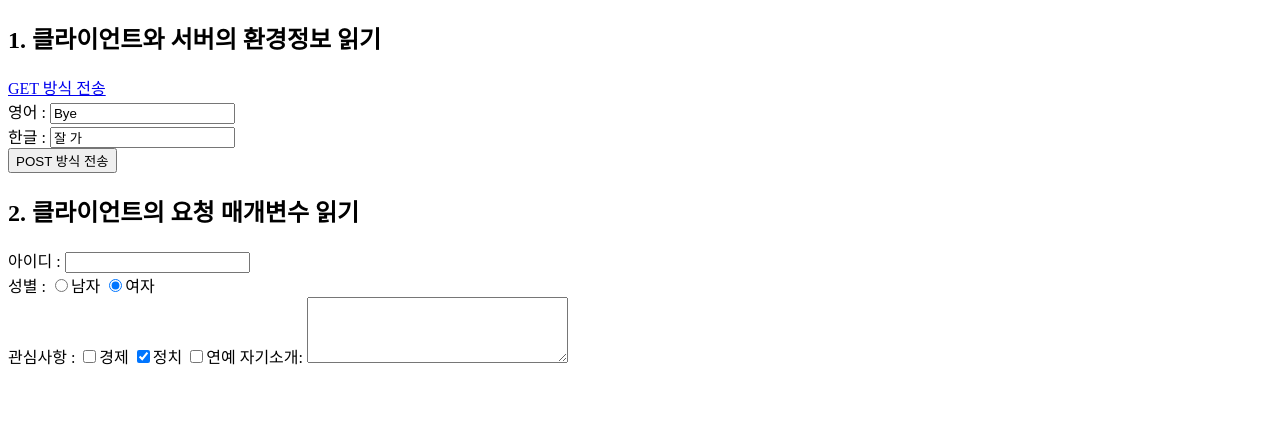
Repository: devgolol/JSP-_Servlet
Page: http://localhost/MustHaveJSP/02ImplicitObject/RequestMain.jsp
An editor plug-in stored every save of this project. The page is shown before and after the next save, followed by the edit.
The browser window is 1280 px wide. The pictures show the whole page.
The page is served by Tomcat 10. Other server files are loaded and not shown.

Above is the page before, as saved 2025-05-02 05:48:19.

### MustHaveJSP/src/main/webapp/02ImplicitObject/RequestMain.jsp
<%@ page language="java" contentType="text/html; charset=UTF-8"
    pageEncoding="UTF-8"%>
<!DOCTYPE html>
<html>
<head>
<meta charset="UTF-8">
<title>내장 객체 - request</title>
</head>
<body>
	<h2>1. 클라이언트와 서버의 환경정보 읽기</h2>
	<a href = "./RequestWebInfo.jsp?eng=Hello&han=안녕">
	GET 방식 전송
	</a>
	<br/>
	<form action="RequestWebInfo.jsp" method="post">
		영어 : <input type="text" name= "eng" value="Bye"/><br/>
		한글 : <input type="text" name= "han" value="잘 가"/><br/>
		<input type="submit" value="POST 방식 전송"/>
	</form>


	<h2>2. 클라이언트의 요청 매개변수 읽기</h2>


	<form action="RequestParameter.jsp" method="post">
	아이디 : <input type="text" name="id" value=""/><br/>
	성별 : <input type="radio" name="sex" value="man"/>남자
	<input type="radio" name="sex" value="woman" checked="checked"/>여자
	<br/>
	관심사항 :
	<input type="checkbox" name=favo value="eco"/>경제
	<input type="checkbox" name=favo value="pol" checked="checked"/>정치
	<input type="checkbox" name=favo value="ent"/>연예
	자기소개:
	<textarea rows="4" cols="30" name="intro"></textarea>



	</form>

</body>
</html>

After the next save:
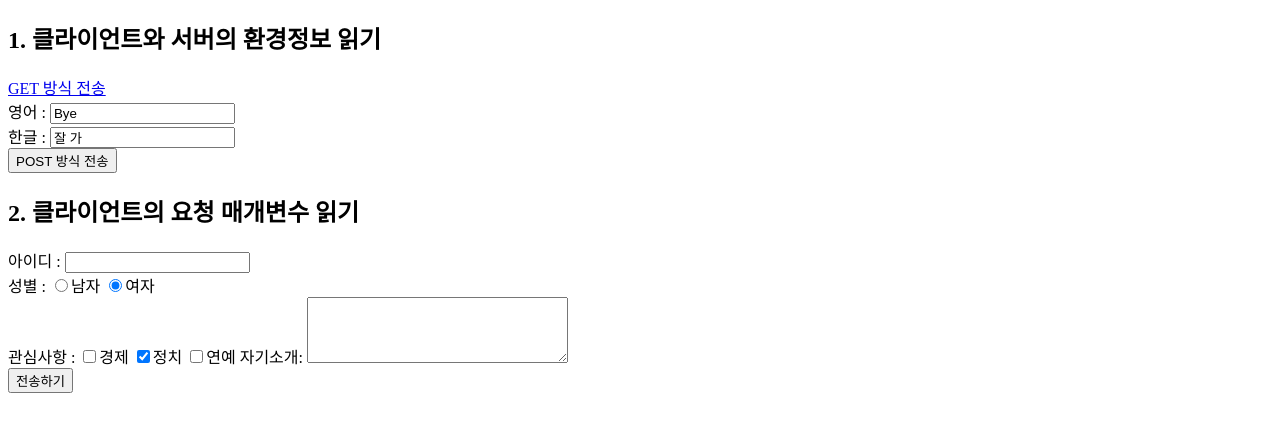
Saved 28 s later.
--- a/MustHaveJSP/src/main/webapp/02ImplicitObject/RequestMain.jsp
+++ b/MustHaveJSP/src/main/webapp/02ImplicitObject/RequestMain.jsp
@@ -33,6 +33,8 @@
 	<input type="checkbox" name=favo value="ent"/>연예
 	자기소개:
 	<textarea rows="4" cols="30" name="intro"></textarea>
+	<br/>
+	<input type="submit" value="전송하기"/>
 
 
 
